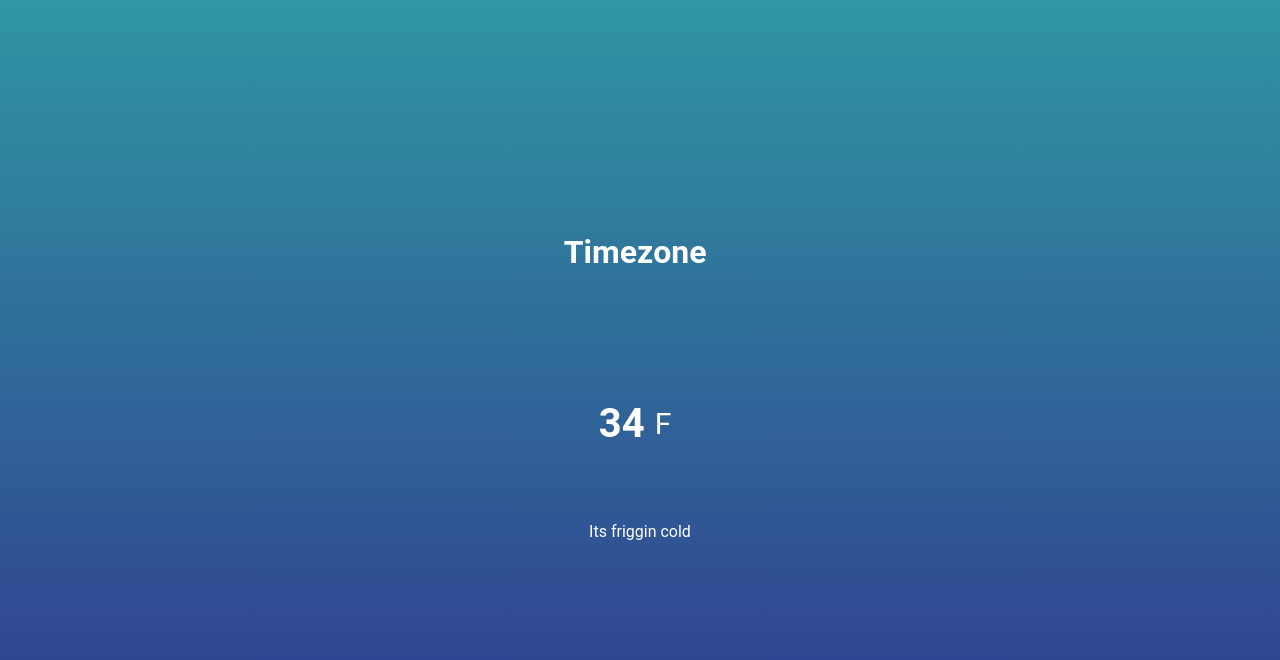
Repository: BaczkiewiczDawid/weatherApp
Page: index.html
An editor plug-in stored every save of this project. The page is shown before and after the next save, followed by the edit.
The browser window is 1280 px wide. The pictures show the whole page.

Above is the page before, as saved 2020-02-22 20:04:07.

After the next save:
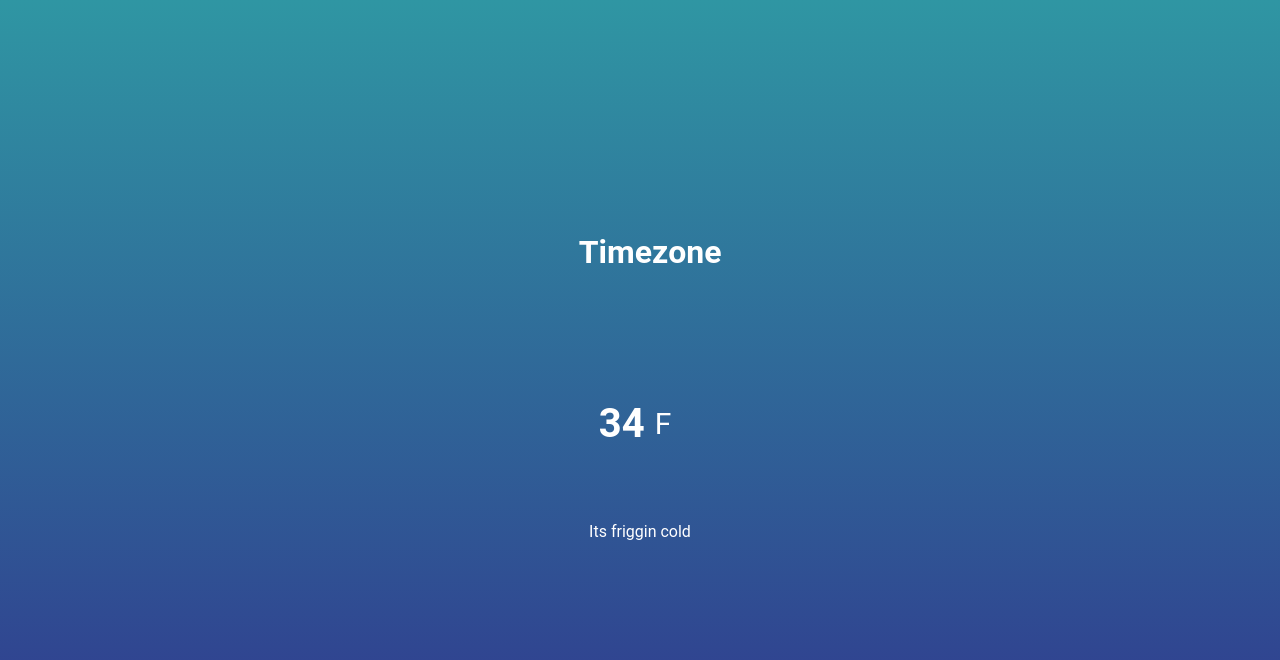
Saved 6 s later.
--- a/style.css
+++ b/style.css
@@ -14,7 +14,7 @@ body, html {
     background: linear-gradient(rgb(47,150,163), rgb(48,62,143));
 }
 .location {
-    margin-left: 25px;
+    margin-left: 100px;
 }
 .location, .temperature {
     height: 30vh;
